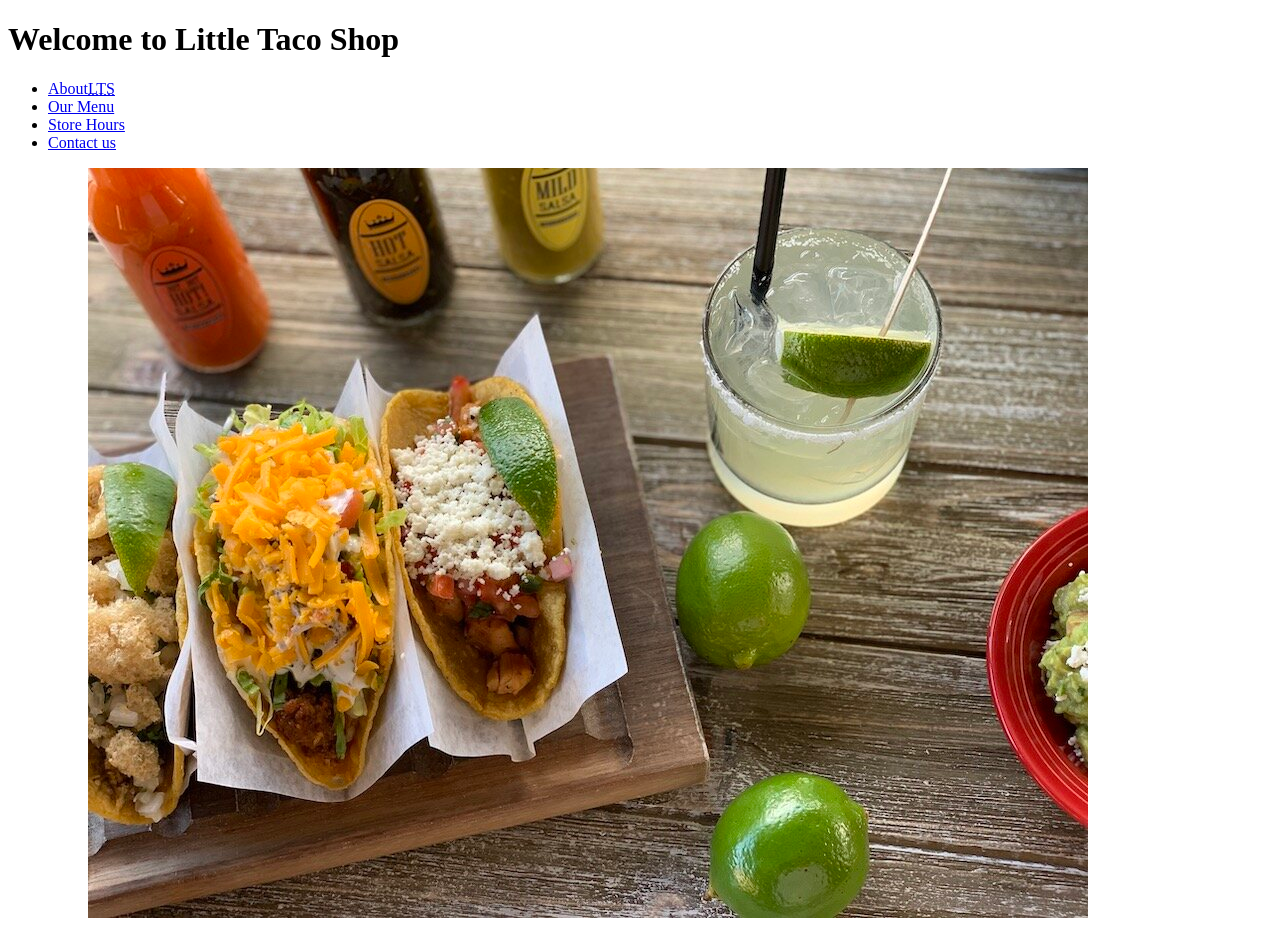
Repository: cavidk/taco_shop-web
Page: html basics/index.html
An editor plug-in stored every save of this project. The page is shown before and after the next save, followed by the edit.
The browser window is 1280 px wide. The pictures show the whole page.

Above is the page before, as saved 2024-06-10 12:14:14.

### html basics/index.html
<!DOCTYPE html>
<html lang="en">
<head>
   <meta charset="UTF-8">
   <meta name="author" content="Paimon">
   <meta name="description" content="The official website for Little Taco Shop">
   <title>Document</title>
   <title>The Little Taco Shop</title>
   <link rel="icon" href="icons8-star-100.png" type="image">
   <link rel="stylesheet" href="css/style.css">
</head>
<body>
   <header>
      <h1>Welcome to Little Taco Shop</h1>
      <nav>
         <ul>
            <li>
               <a href="#about">About<abbr title="The Little Taco Shop">LTS</abbr></a>
            </li>
            <li>
               <a href="#menu">Our Menu</a>
            </li>
            <li>
               <a href="hours.html">Store Hours</a>
            </li>
            <li>
               <a href="contact.html">Contact us</a>
            </li>

            <figure>
               <img src="images/image-24.jpeg" alt="This is a Drink with taco">


            </figure>

         </ul>
   </header>
</body>
</html>

### html basics/css/style.css

.table td:hover {
   background: yellow;
}

body{
   width: 50%;
}

#expand{
  text-align: center;
}

After the next save:
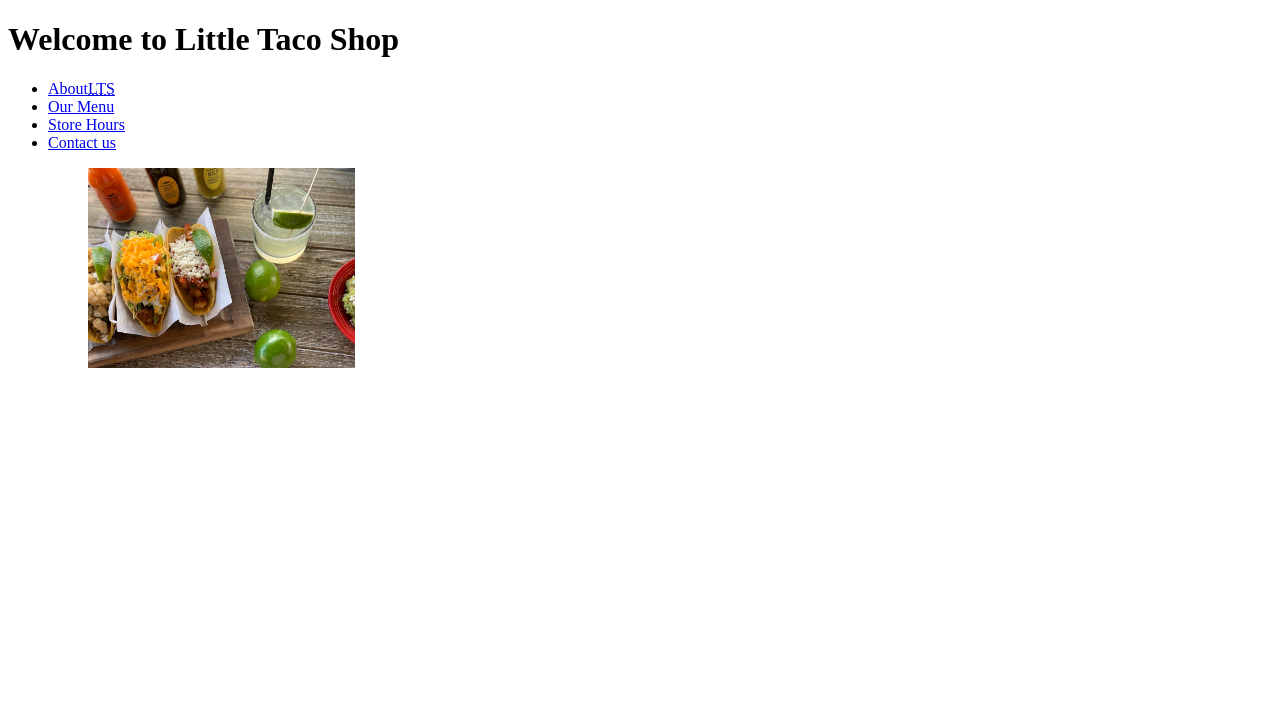
Saved 3 min 28 s later.
--- a/html basics/index.html
+++ b/html basics/index.html
@@ -28,7 +28,9 @@
             </li>
 
             <figure>
-               <img src="images/image-24.jpeg" alt="This is a Drink with taco">
+               <img
+               height="200"
+                src="images/image-24.jpeg" alt="This is a Drink with taco">
 
 
             </figure>
